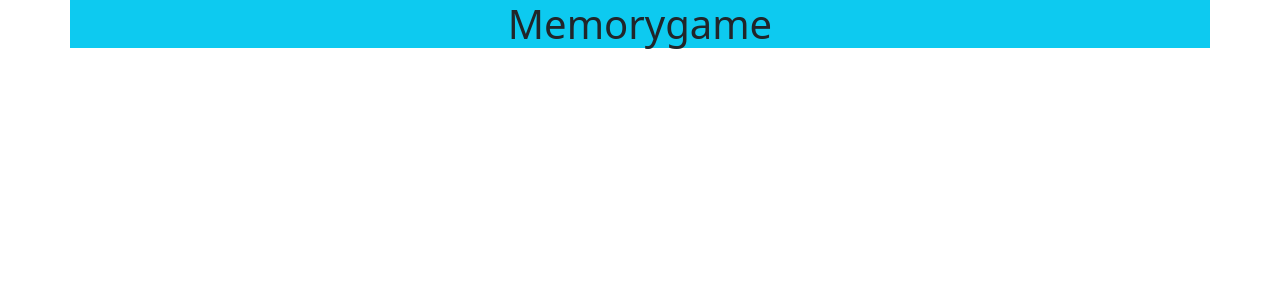
Repository: zsanber/memorygame
Page: /
These files come from the project's save history. The page is drawn as it stood at one moment and after the next save; the edit follows.
The browser window is 1280 px wide. The pictures show the whole page.
The project was rebuilt for these pictures with package versions that can differ from the ones it lists, and the page was loaded fresh each time.

Above is the page before, as saved 2022-02-06 10:15:29.

After the next save:
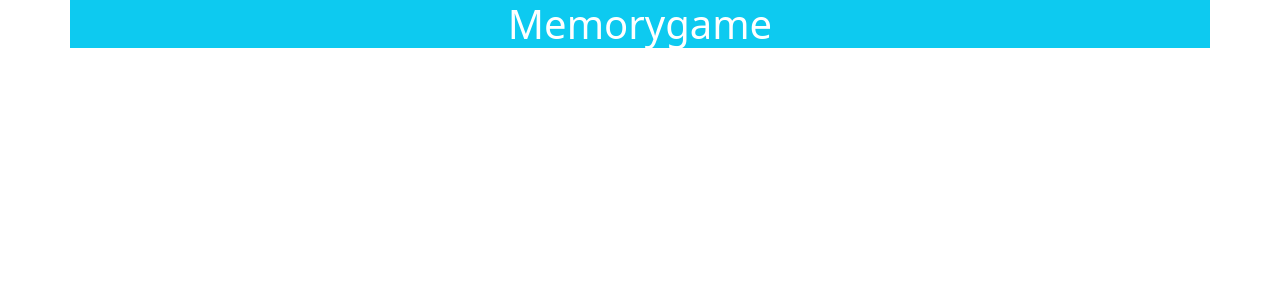
Saved 5 s later.
--- a/src/App.js
+++ b/src/App.js
@@ -4,7 +4,7 @@ import '../node_modules/bootstrap/dist/bootstrap.min.css';
 function App() {
   return (
     <div className="container bg-info">
-      <h1 className="text-center">Memorygame</h1>
+      <h1 className="text-center text-white">Memorygame</h1>
     </div>
   );
 }
